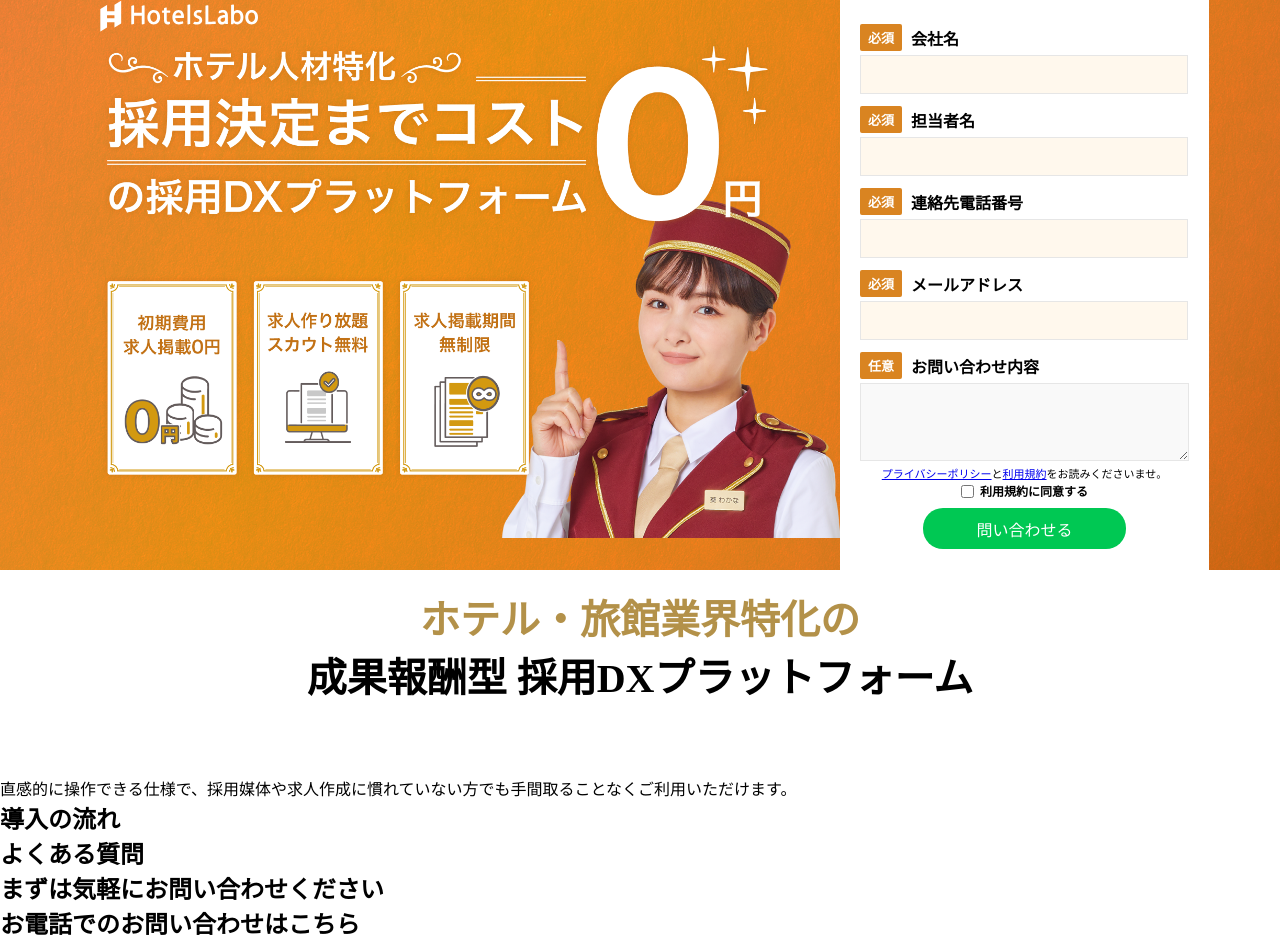
Repository: FujieRyou/to_b_lp
Page: index.html
These files come from the project's save history. The page is drawn as it stood at one moment and after the next save; the edit follows.
The browser window is 1280 px wide. The pictures show the whole page.

Above is the page before, as saved 2024-02-27 03:04:29.
Not found: index.js

After the next save:
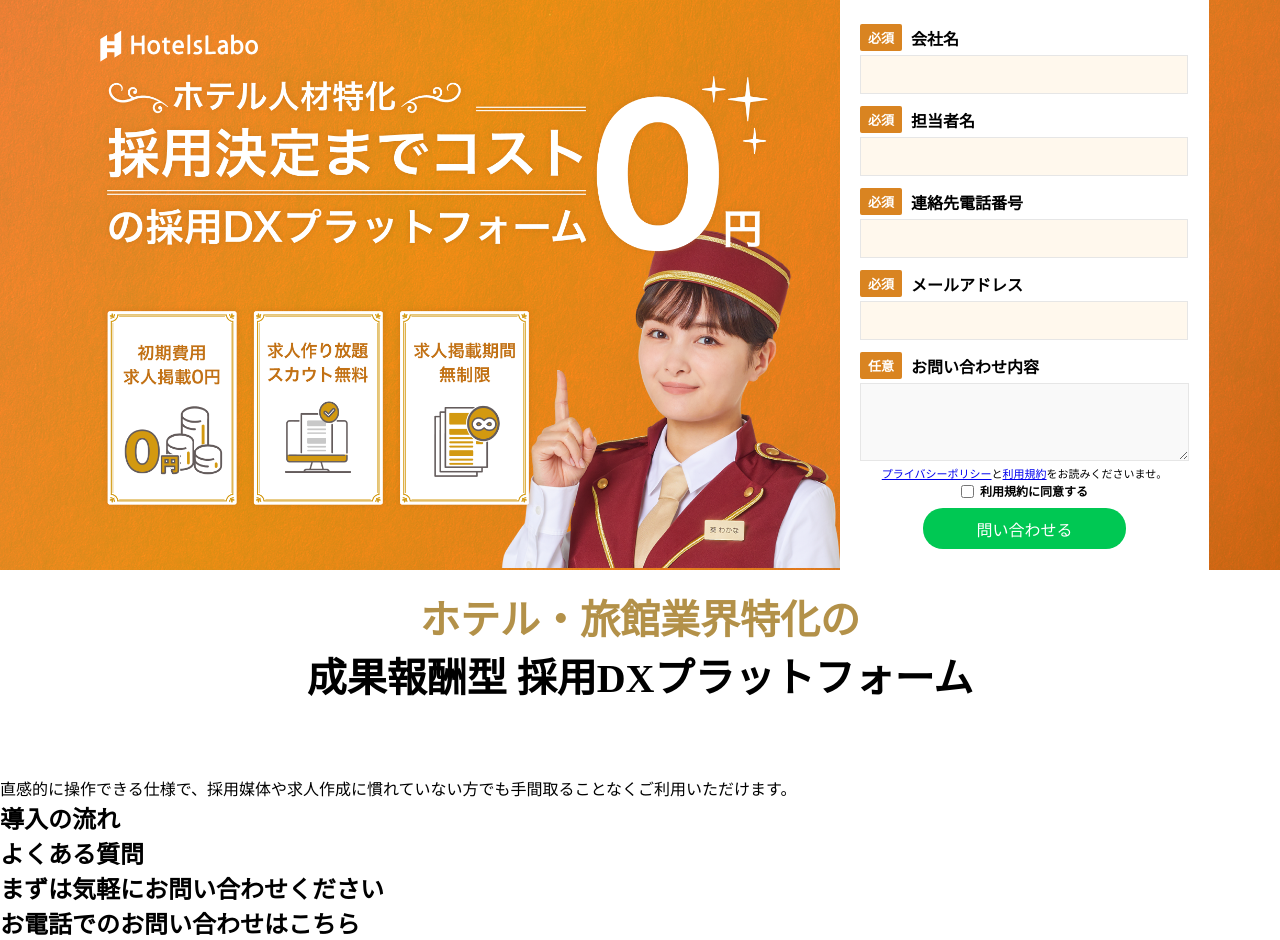
Saved 42 s later.
--- a/style.css
+++ b/style.css
@@ -17,6 +17,10 @@
     display: flex;
 }
 
+header{
+    padding-top: 30px;
+}
+
 .firstViewMainImg{
     width: 740px;
 }
@@ -32,7 +36,6 @@
     width: 369px;
     padding: 24px 20px;
     background-color: rgba(255, 255, 255, 1);
-
 }
 
 .formFlexStyle{
